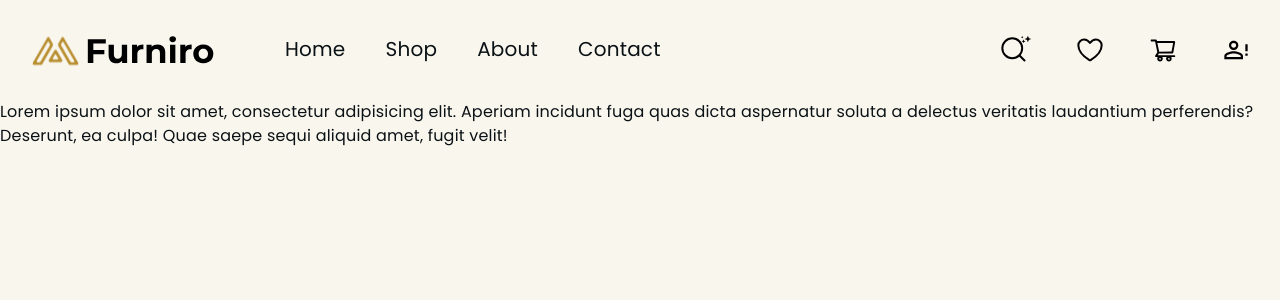
Repository: binhphanbp/furniro-interior_website
Page: index.html
These files come from the project's save history. The page is drawn as it stood at one moment and after the next save; the edit follows.
The browser window is 1280 px wide. The pictures show the whole page.

Above is the page before, as saved 2025-02-19 22:57:11.

After the next save:
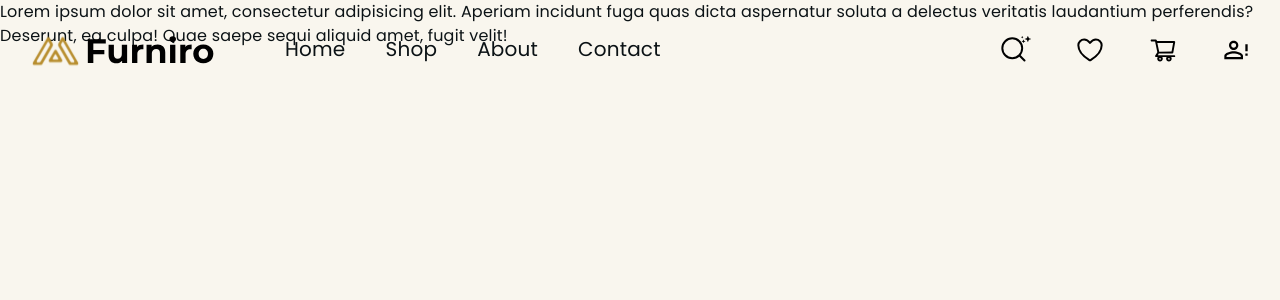
Saved 19 min 47 s later.
--- a/src/assets/styles/components/header.css
+++ b/src/assets/styles/components/header.css
@@ -1,4 +1,8 @@
 .header {
+  position: absolute;
+  top: 0;
+  z-index: 3;
+  width: 100%;
   height: var(--height-header);
 }
 
